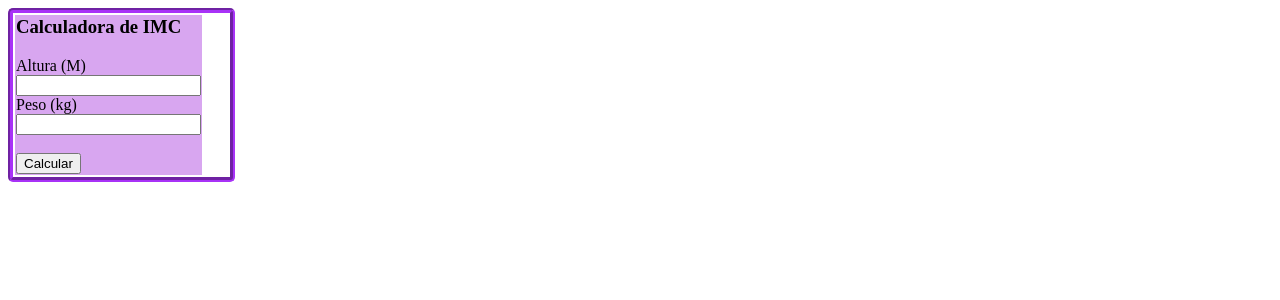
Repository: Patriciamativi/Projetos
Page: index.html
An editor plug-in stored every save of this project. The page is shown before and after the next save, followed by the edit.
The browser window is 1280 px wide. The pictures show the whole page.

Above is the page before, as saved 2022-11-21 15:54:36.

### index.html
<html>
    <head>
        <title>Calculadora de IMC</title>
        <meta charset="utf-8"/>

        <style type="text/css">

            p {
                border: 5px groove rgb(168, 50, 247);
                border-radius: 5px;
                width: 217px;
            }
            td {

                background-color: rgb(216, 166, 240);
            }

        </style>
    </head>
   <p>
<table border="0">
    <body>
            <tr> <td> <h3>Calculadora de IMC</h3>

            Altura (M)<br/>
            <input type: "number" > </br>

            Peso (kg)<br/>
            <input type: "number" > </br> </br>

            <input type= "submit" value="Calcular"> </td>
            </tr>

    </table>
</p>
        </body>
</html>

After the next save:
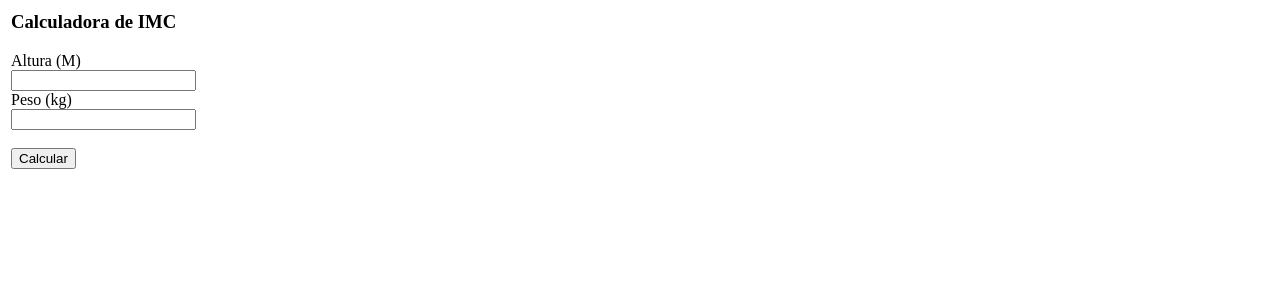
Saved 8 s later.
--- a/index.html
+++ b/index.html
@@ -5,7 +5,7 @@
 
         <style type="text/css">
 
-            p {
+            /*p {
                 border: 5px groove rgb(168, 50, 247);
                 border-radius: 5px;
                 width: 217px;
